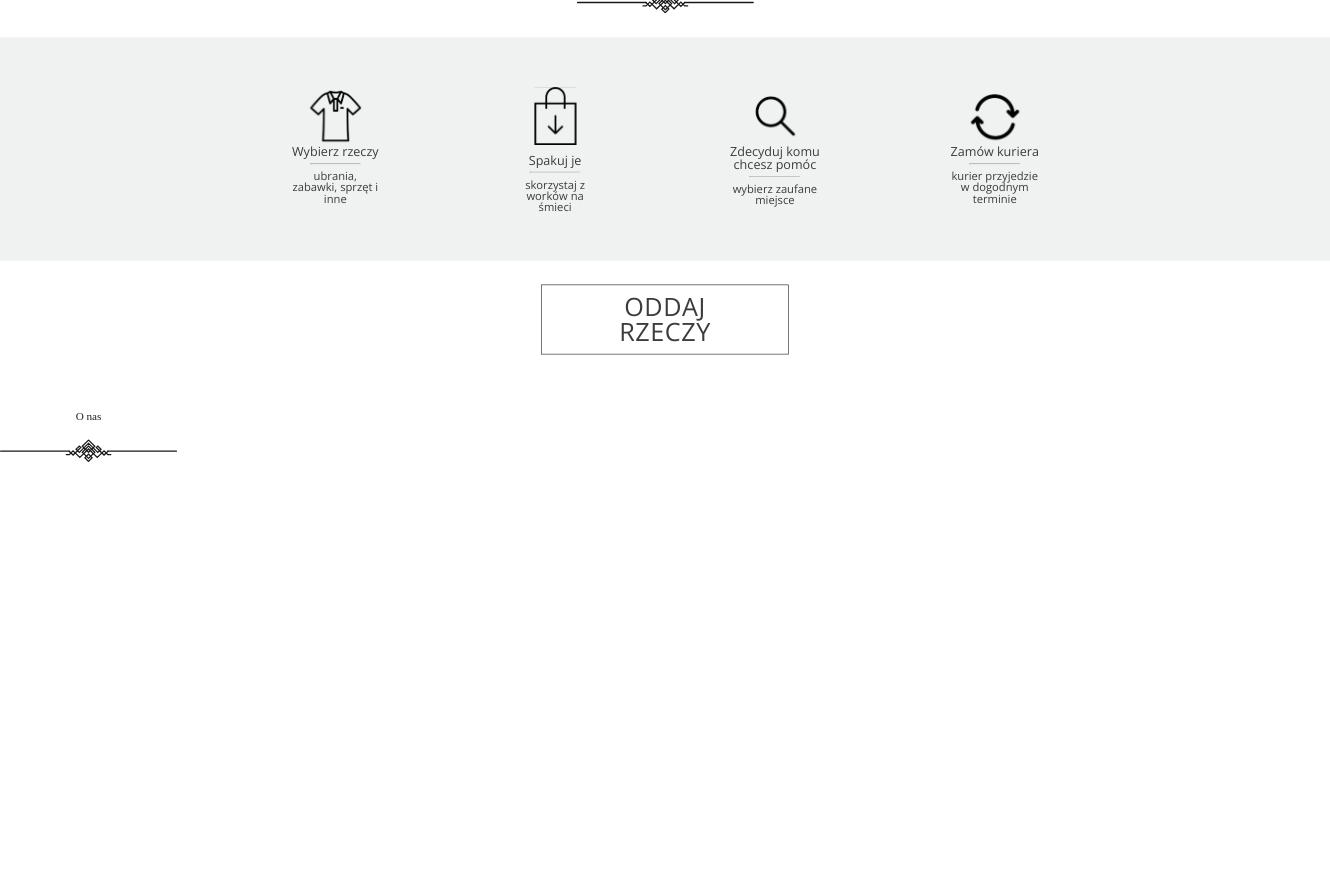
Repository: tomekwoojcik/oddam-w-dobre-rence
Page: /
The author's editor kept a copy of each file at every save. The page is drawn from the files as they stood at one save, then again after the next save.
The browser window is 1280 px wide. The page is 1900 px wide, so the pictures cover 1900 px, including what lies to the right of the window. The pictures show the part of the page from y = 1479 to 2759 px (the page is 3000 px tall), at 70% of full size.
The project was rebuilt for these pictures with package versions that can differ from the ones it lists, and the page was loaded fresh each time. Also part of the build but not shown: src/pages/logIn/logIn.js, src/pages/register/register.js.

Above is the page before, as saved 2022-12-08 08:56:12.

After the next save:
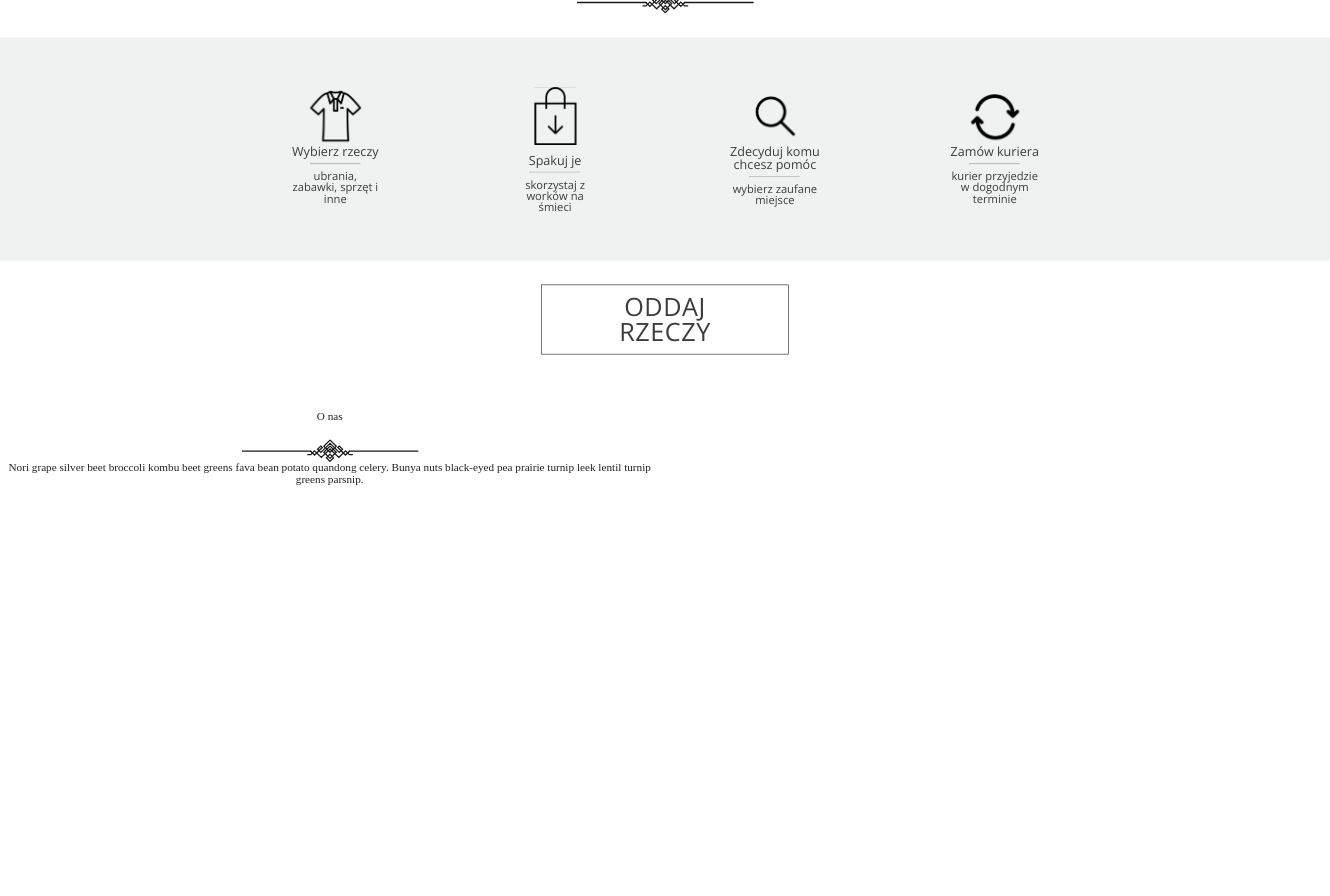
Saved 31 s later.
--- a/src/components/organisms/aboutUsBar/aboutUsBar.js
+++ b/src/components/organisms/aboutUsBar/aboutUsBar.js
@@ -5,7 +5,7 @@ import AboutUsText from '../../atoms/aboutUsText/aboutUsText'
 const AboutUsBar = () => {
   return (
         <div className='aboutUsBar'>
-          <AboutUsText aboutUsTextTitle={'O nas'}/>
+          <AboutUsText aboutUsTextTitle={'O nas'} aboutUsTextinText={'Nori grape silver beet broccoli kombu beet greens fava bean potato quandong celery. Bunya nuts black-eyed pea prairie turnip leek lentil turnip greens parsnip.'} />
           <AboutUsImg/>
         </div>
   )
